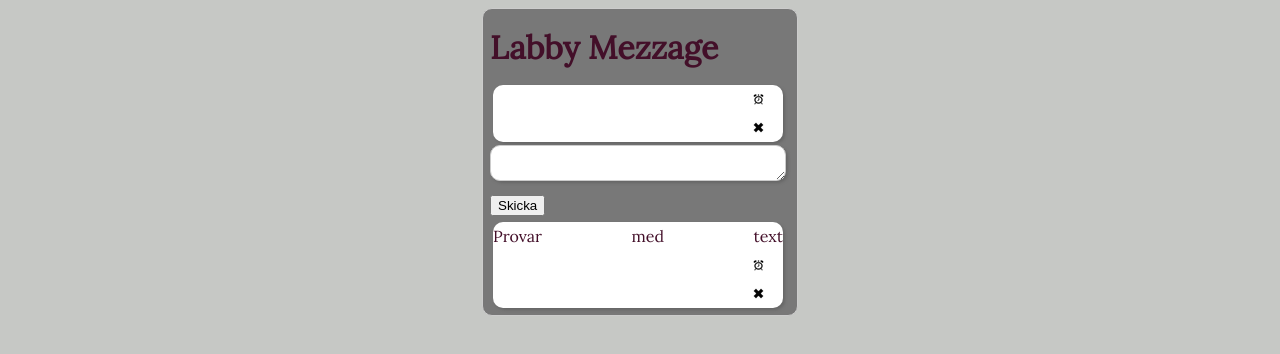
Repository: Angamanga/1dv403-laborationer
Page: 2-labbymezzage/index.html
The author's editor kept a record of every edit. The page is drawn from the files as they stood at one moment, then again after the next edit.
The browser window is 1280 px wide. The pictures show the whole page.

Above is the page before.

### 2-labbymezzage/index.html
<!doctype html>
<html lang="sv">

<head>
    <meta charset="utf-8" />
    <title>Anna I:s sajt</title>
    <link href='//fonts.googleapis.com/css?family=Lora|Open+Sans+Condensed:300|Amatic+SC' rel='stylesheet' type='text/css'>
    <link rel="stylesheet" media="screen and (min-width:501px)" href="css/style.css">
    <link rel="stylesheet" media="screen and (max-width:500px)" href="css/mobile.css">
    <meta name="viewport" content="width=device-width, minimum-scale=1">

   <script src="js/message.js"></script>
    <script src="js/script.js"></script>
    <title>Webbteknik 1, Laboration 2</title>
</head>

<body>



        <main>


            <div class="container">
                <header>
            <h1>Labby Mezzage</h1>
                </header>
             <div class ="messages">
                <img src="pics/14.png" alt="tid" class="showDate"></img>
                <img src="pics/12.png" alt="radera meddelande" class="delete"></img>
             </div>
             <div><p class="counter"> </p></div>
           <textarea class="messageInput"></textarea>
           <input type ="submit" class="submitMessage" value="Skicka"/>
            </div>

        </main>

        <footer>
        </footer>
    </div>
</body>

</html>

### 2-labbymezzage/css/style.css
/*@media screen and (min-width: 501px)*/
header,
main
 {
    display: block;
}

body {
    background: #C6C8C5;
    color: #430F29;
    font-family: Lora, 'Palatino Linotype', Palatino, serif;
}

.container {
    Width: 300px;
    margin: 0 auto;
    text-align: justify;
    line-height: 1.8em;
    margin: 0 auto;
    background: #787878;
    border: 1px solid #ccc;
    -moz-border-radius: 10px;
    -webkit-border-radius: 10px;
    border-radius: 10px;
    padding: 4px 7px;
    outline: 0;
    -webkit-appearance: none;
}
.messageInput {
    width:290px;
    border: 1px solid #ccc;
    -moz-border-radius: 10px;
    -webkit-border-radius: 10px;
    border-radius: 10px;
    -moz-box-shadow: 2px 2px 3px #666;
    -webkit-box-shadow: 2px 2px 3px #666;
    box-shadow: 2px 2px 3px #666;


    outline: 0;
    -webkit-appearance: none;
}
.messageInput:focus {
    border-color: #339933;
}
.messages{
    width:290px;
     border: 1px #C6C8C5;
     background:white;
    -moz-border-radius: 10px;
    -webkit-border-radius: 10px;
    border-radius: 10px;
    -moz-box-shadow: 2px 2px 3px #666;
    -webkit-box-shadow: 2px 2px 3px #666;
     margin:3px;
    outline: 0;
    -webkit-appearance: none;
    }
 div.messages img{
   margin-left:260px;
}


.counter{
    font-size:0.7em;
    padding:0;
    margin:0 0 0 185px;

}

### 2-labbymezzage/js/message.js
"use strict";

function Message(message, date){

	this.getText = function(){
		return message;
	}
	this.setText = function(_text){
		message = _text;
	}

	this.getDate = function(){
		return date;
	}
	this.setDate = function(_date){
		date = _date
	}
}

Message.prototype.toString = function() {
	return this.getText() + " (" + this.getDate() + " )";
};

Message.prototype.getHTMLtext = function(first_argument) {
			//  Las pa!!
	// return  						<div class ="messages">
	// getText();
	//               <img src="pics/14.png" alt="tid" class="showDate"></img>
 //               <img src="pics/12.png" alt="radera meddelande" class="delete"></img>
 //       		  </div>
};

### 2-labbymezzage/js/script.js

"use strict"

window.onload = function(){

var MessageBoard = {
    messages:[],
    init:function(e){
var message = new Message();
    },
writeMessage: function (){
    console.log(MessageBoard.message[0].toString());

	}
};
MessageBoard.init();
function writeMessage(){
     var messContainer = document.createElement("div");         //  <div class ="messages">
    messContainer.className = "messages";
     var container = document.querySelector(".container");
    container.appendChild(messContainer);
    var text = document.createTextNode("Provar med text");
    messContainer.appendChild(text);
    var img1 =document.createElement("img");
    img1.className ="showDate";
    img1.src="pics/14.png";
    img1.alt="visa tid";
    var img2 =document.createElement("img");
    img2.className ="delete";
    img2.src="pics/12.png";
    img2.alt="radera meddelande";
    messContainer.appendChild(img1);
    messContainer.appendChild(img2);

    // container.appendChild("messContainer");
    // messContainer.appendChild(image);
    // messContainer.appendChild(image);
    // messContainer.appendChild(text);

//     <img src="pics/14.png" alt="tid" class="showDate"></img>
  //              <img src="pics/12.png" alt="radera meddelande" class="delete"></img>
    //         </div>
}

	writeMessage();
var messageInput = document.querySelector(".messageInput");
var submitMessage = document.querySelector(".submitMessage");
var messages = document.querySelector(".messages");
var p = document.querySelector(".counter")
submitMessage.addEventListener("click", function(e){
var txt = messageInput.value;
var dte = new Date();
var msg = new Message(txt,dte);
MessageBoard.messages.push(msg);
p.innerHTML = "Antal meddelanden: " + MessageBoard.messages.length;

	writeMessage();



});

var showDate = document.querySelector(".showDate");
showDate.addEventListener("click",function(e){
    alert("Inlagget skapades den" + this.getDate());            //kolla upp!
    }
);
};

### 2-labbymezzage/css/mobile.css
/*@media screen and (max-width: 500px)*/

header,
main
 {
    display: block;
}

body {
    background: #C6C8C5;
    color: #430F29;
    font-family: Lora, 'Palatino Linotype', Palatino, serif;
}

.container {
    Width: 300px;
    margin: 0 auto;
    text-align: justify;
    line-height: 1.8em;
    margin: 0 auto;
    background: #787878;
    border: 1px solid #ccc;
    -moz-border-radius: 10px;
    -webkit-border-radius: 10px;
    border-radius: 10px;
    padding: 4px 7px;
    outline: 0;
    -webkit-appearance: none;
}
.messageInput {
    width:290px;
    border: 1px solid #ccc;
    -moz-border-radius: 10px;
    -webkit-border-radius: 10px;
    border-radius: 10px;
    -moz-box-shadow: 2px 2px 3px #666;
    -webkit-box-shadow: 2px 2px 3px #666;
    box-shadow: 2px 2px 3px #666;


    outline: 0;
    -webkit-appearance: none;
}
.messageInput:focus {
    border-color: #339933;
}
.messages{
    width:290px;
     border: 1px #C6C8C5;
     background:white;
    -moz-border-radius: 10px;
    -webkit-border-radius: 10px;
    border-radius: 10px;
    -moz-box-shadow: 2px 2px 3px #666;
    -webkit-box-shadow: 2px 2px 3px #666;
     margin:3px;
    outline: 0;
    -webkit-appearance: none;
    }
 div.messages img{
   margin-left:260px;
}


.counter{
    font-size:0.7em;
    padding:0;
    margin:0 0 0 185px;

}

After the next edit:
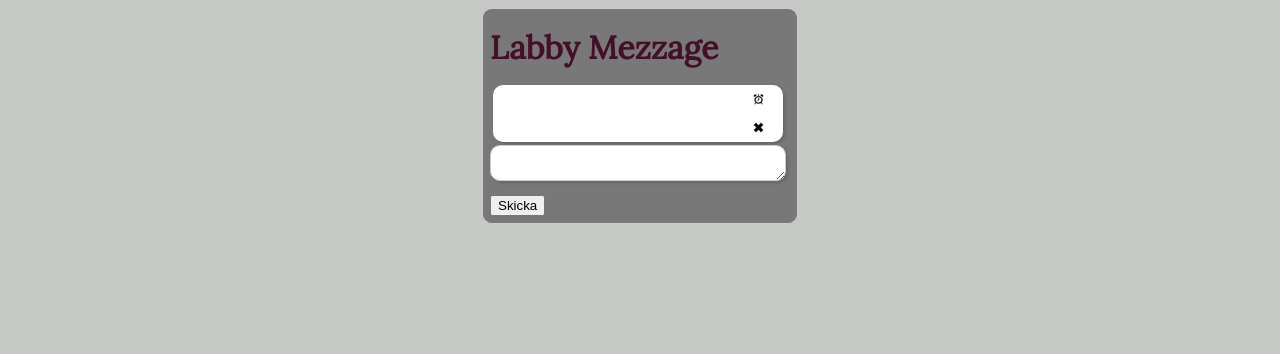
The edit:
--- a/2-labbymezzage/js/script.js
+++ b/2-labbymezzage/js/script.js
@@ -42,7 +42,7 @@
     //         </div>
 }
 
-	writeMessage();
+
 var messageInput = document.querySelector(".messageInput");
 var submitMessage = document.querySelector(".submitMessage");
 var messages = document.querySelector(".messages");
